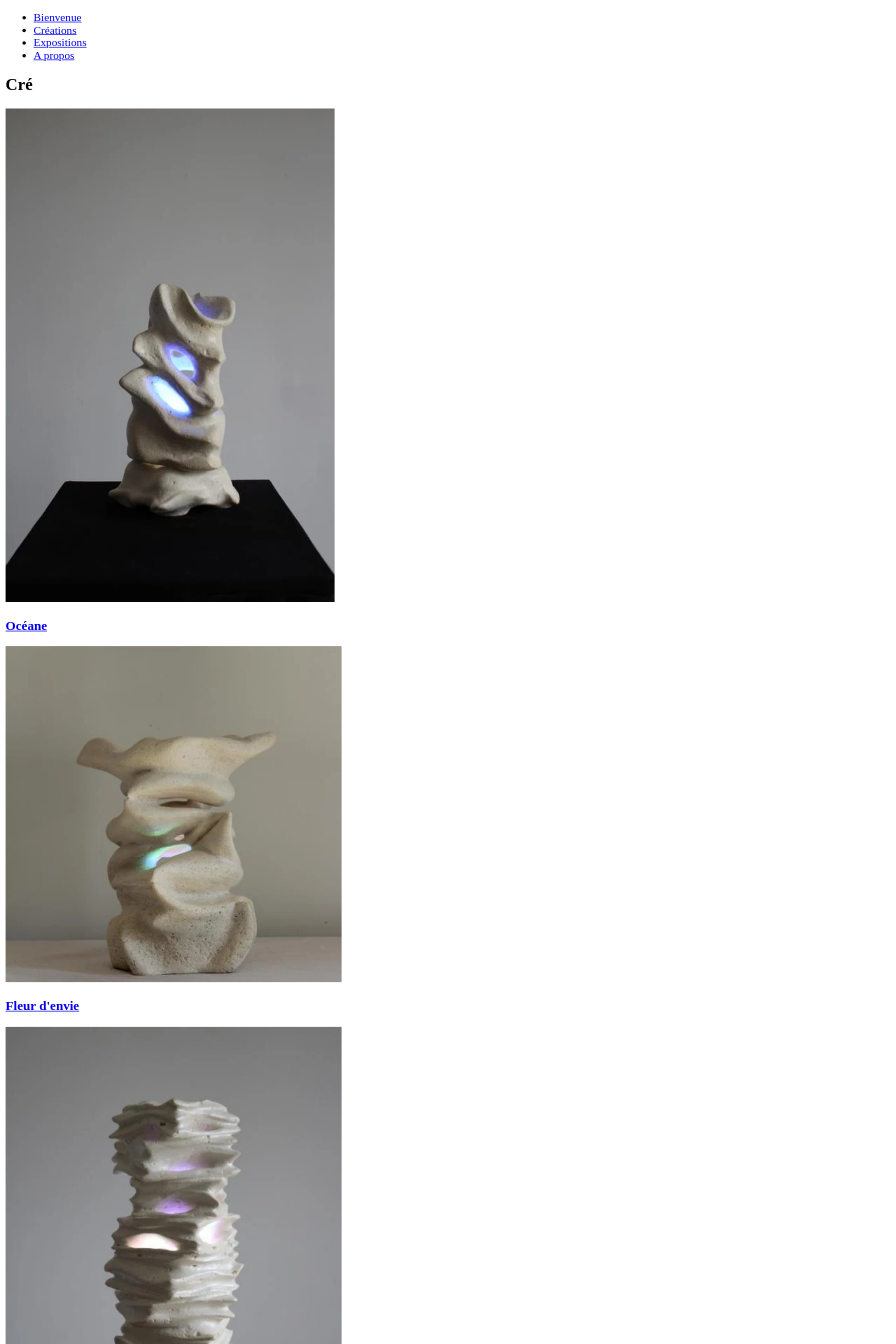
Repository: lysianebo/EricBidart
Page: creations.html
These files come from the project's save history. The page is drawn as it stood at one moment and after the next save; the edit follows.
The browser window is 1280 px wide. The pictures show the part of the page from y = 0 to 1920 px (the page is 7389 px tall before and 7338 px after), at 70% of full size.
A picture or video elsewhere on the page could not be fetched, so the positions and the page height are approximate.

Above is the page before, as saved 2023-10-25 03:38:44.

After the next save:
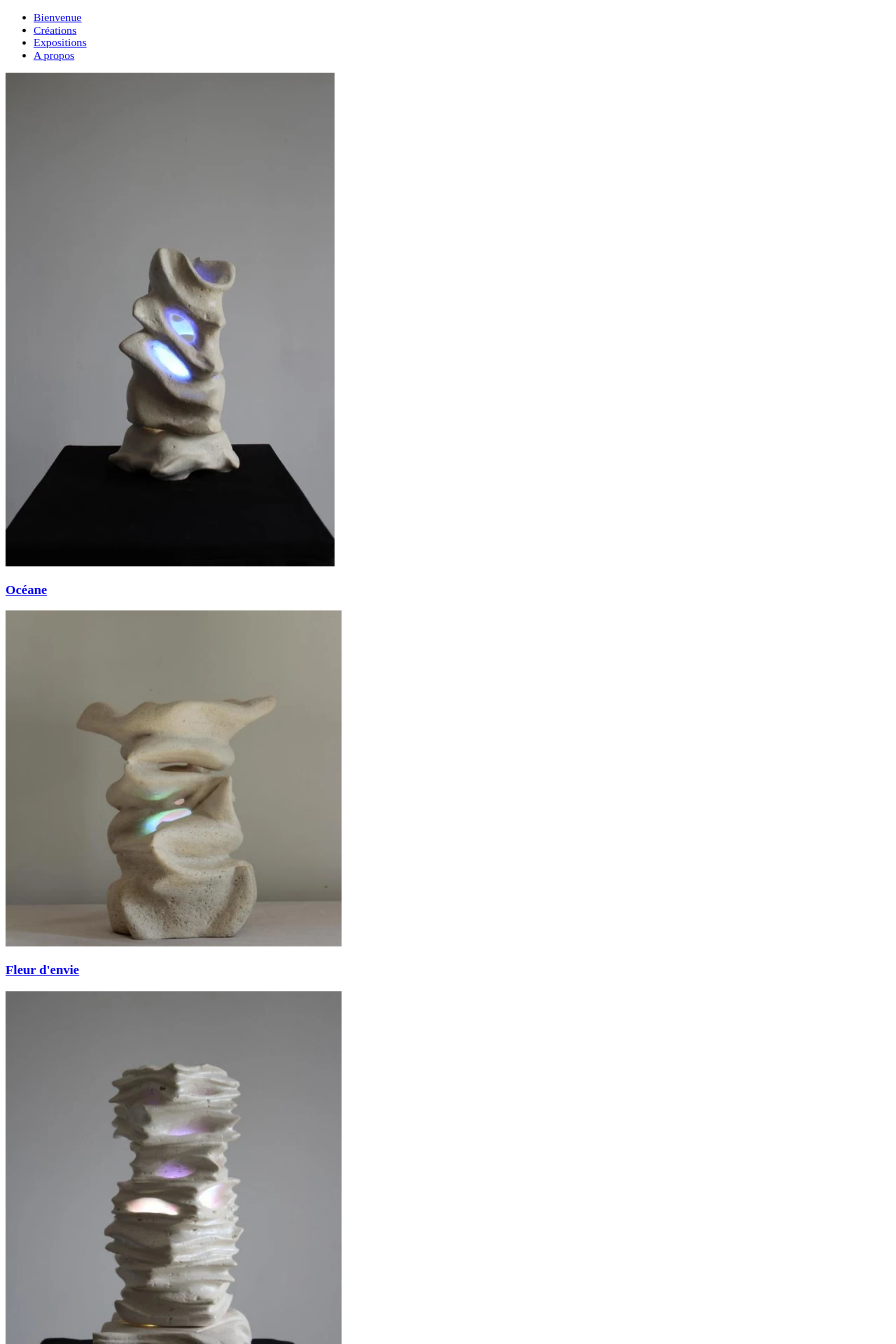
Saved 22 s later.
--- a/creations.html
+++ b/creations.html
@@ -20,7 +20,6 @@
             <div id="icons"></div>
         </nav>
     </header>
-    <h2>Cré</h2>
     <div class="gallery">
         <div class="card_creation">
             <a href="sculptures.html#oceane"

After the save that followed:
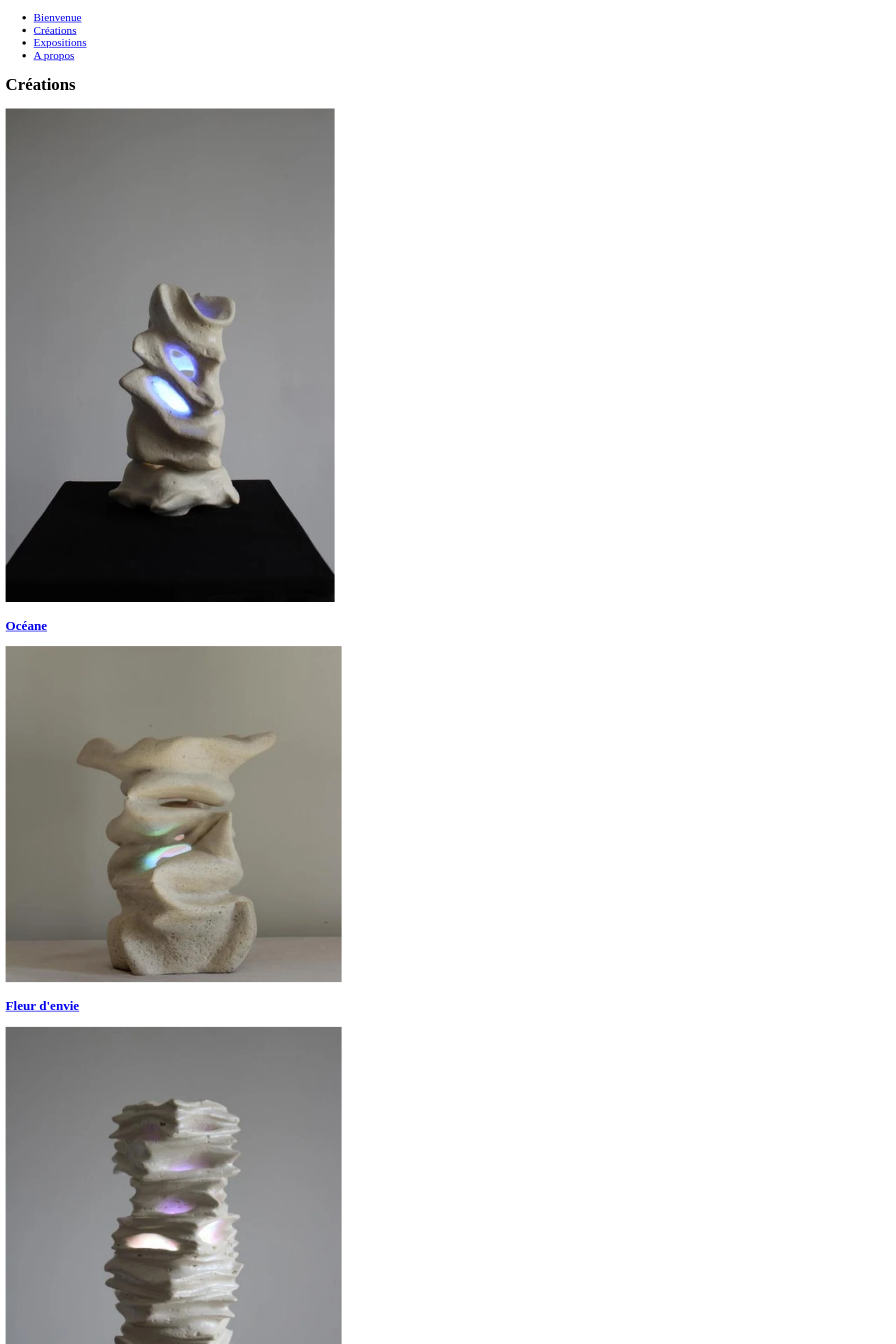
Saved 8 s later.
--- a/creations.html
+++ b/creations.html
@@ -20,6 +20,7 @@
             <div id="icons"></div>
         </nav>
     </header>
+    <h2>Créations</h2>
     <div class="gallery">
         <div class="card_creation">
             <a href="sculptures.html#oceane"
